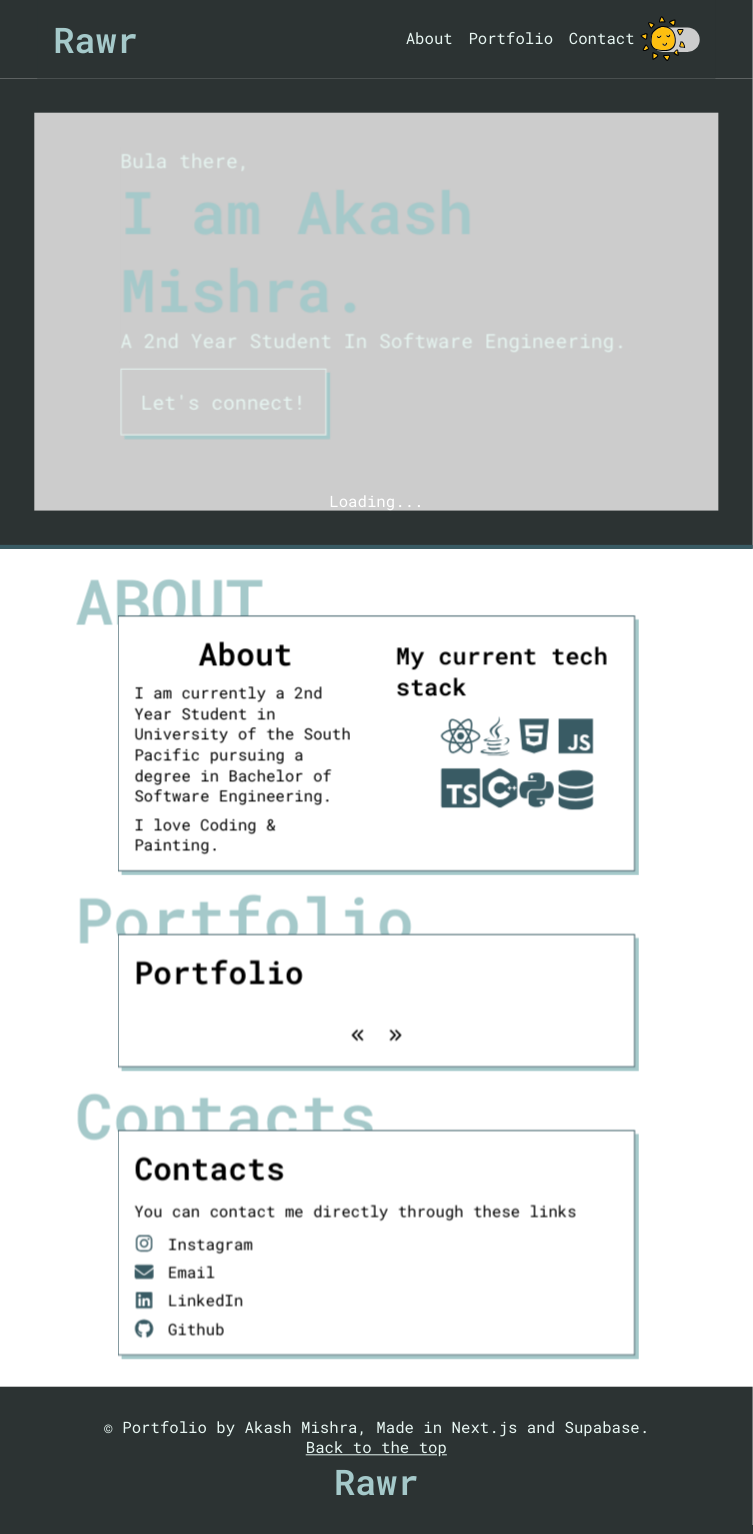
Repository: akashrawr/personal-portfolio
Page: /
An editor plug-in stored every save of this project. The page is shown before and after the next save, followed by the edit.
The browser window is 768 px wide. The pictures show the whole page, at 98% of full size.
The page's requests for data from a server got no answer. The project was rebuilt for these pictures with package versions that can differ from the ones it lists, and the page was loaded fresh each time. The framework's server and built-in components were replaced by stand-ins that run in the browser. No one was signed in, and anything a server would have sent is missing. Also part of the build but not shown: next.config.ts.

Above is the page before, as saved 2025-01-03 20:47:38.

### app/layout.tsx
import type { Metadata } from "next";
import { Geist, Geist_Mono } from "next/font/google";
import "./globals.css";

const geistSans = Geist({
  variable: "--font-geist-sans",
  subsets: ["latin"],
});

const geistMono = Geist_Mono({
  variable: "--font-geist-mono",
  subsets: ["latin"],
});

export const metadata: Metadata = {
  title: "akashrawr",
  description: "Personal Portfolio",
};

export default function RootLayout({
  children,
}: Readonly<{
  children: React.ReactNode;
}>) {
  return (
    <html lang="en" translate="no"> {/* Prevent translation of the entire page */}
      <head>
        <meta charSet="UTF-8" />
        <meta httpEquiv="Content-Language" content="en" /> {/* Explicitly set content language */}
        <meta name="google" content="notranslate" /> {/* Inform Google to not translate */}
        <link rel="icon" href="/rawr.ico" type="image/x-icon" />
        <title>akashrawr</title>
        <meta name="description" content="My Personal Portfolio" />
      </head>
      <body className={`${geistSans.variable} ${geistMono.variable} antialiased`}>
        <div className="notranslate">
          {children}
        </div>
      </body>
    </html>
  );
}

### app/page.tsx
"use client"; // Enables client-side functionality
import React, { useState, useEffect } from "react";
import AOS from "aos";
import "aos/dist/aos.css";
import "./globals.css"; // Import global styles

// Import components
import Header from "./components/Header";
import Hero from "./components/Hero";
import About from "./components/About";
import Portfolio from "./components/Portfolio";
import Contact from "./components/Contact";
import Footer from "./components/Footer";

const Page: React.FC = () => {
  useEffect(() => {
    AOS.init({ once: true, delay: 0 });
  }, []);

  const [isNavVisible, setIsNavVisible] = useState(false);
  const [darkMode, setDarkMode] = useState(false);

  const toggleNav = () => {
    setIsNavVisible(!isNavVisible);
  };

  const toggleDarkMode = () => {
    setDarkMode(!darkMode);
    document.body.classList.toggle("dark-mode", !darkMode);
  };

  return (
    <div>
      <Header
        isNavVisible={isNavVisible}
        toggleNav={toggleNav}
        darkMode={darkMode}
        toggleDarkMode={toggleDarkMode}
      />
      <main>
        <Hero />
        <About />
        <Portfolio />
        <Contact />
      </main>
      <Footer />
    </div>
  );
};

export default Page;

### app/globals.css
@import url("https://fonts.googleapis.com/css2?family=Roboto+Mono:wght@300;400;600&display=swap");

:root {
  --primary-color: #2c3333;
  --secondary-color: #395b64;
  --accent-1: #a5c9ca;
  --accent-2: #e7f6f2;
  --neutral-1: black;
  --neutral-2: white;
  --neutral-3: white;
  --neutral-4: black;
  --icon-1: #395b64;

  --dark-primary-color: #121212;
  --dark-secondary-color: #1f1f1f;
  --dark-accent-1: #6c757d;
  --dark-accent-2: #adb5bd;
  --dark-neutral-1: #ffffff;
  --dark-neutral-2: #121212;
  --dark-neutral-3:#1f1f1f;
  --dark-neutral-4: #938f8f;
  --dark-icon-1: #938f8f;

}

*,
*::after,
*::before {
  margin: 0;
  padding: 0;
  font-family: "Roboto Mono", monospace;
  box-sizing: border-box;


}

html {
  scroll-behavior: smooth;
}

body {
  overflow-x: hidden;
  background-color: var(--neutral-3);
  color: var(--neutral-1);
  font-family: "Roboto Mono", monospace;
}

body.dark-mode {
  --primary-color: var(--dark-primary-color);
  --secondary-color: var(--dark-secondary-color);
  --accent-1: var(--dark-accent-1);
  --accent-2: var(--dark-accent-2);
  --neutral-1: var(--dark-neutral-1);
  --neutral-2: var(--dark-neutral-2);
  --neutral-3: var(--dark-neutral-3);
  --neutral-4: var(--dark-neutral-4);
  --icon-1:var(--dark-icon-1);
}


/* Navbar styles */

header {
  display: flex;
  align-items: center;
  justify-content: center;

  max-width: 100vw;
  background-color: var(--primary-color);
}

a {
  font-size: 14px;
  text-decoration: none;
}

h1 {
  font-family: "Roboto Mono", monospace;
}

.navbar-nav {
  display: flex;
  align-items: center;
  justify-content: space-between;
  background-color: var(--primary-color);
  padding: 1rem;
  width: 90%;
}

.nav-logo {
  grid-column: 1;
}

.nav-logo > h1 {
  font-size: 30px;
  color: var(--accent-1);
}

.primary-nav {
  display: flex;
  list-style: none;
  gap: 16px;

  grid-column: 2;
  justify-self: end;
}

.mobile-nav-toggle {
  display: none;
  cursor: pointer;
}

.nav-link:link,
.nav-link:visited {
  font-size: 16px;
  color: var(--accent-2);

  transition: 300ms ease-in-out;
}

.nav-link:hover {
  font-weight: 600;
  color: var(--accent-1);
}

.user-icon {
  width: 24px;
  height: 24px;
  fill: var(--accent-1);
  transition: fill 0.3s ease;
}

.user-icon:hover {
  fill: var(--accent-1);
}

/* Dark mode toggle button */
.theme-toggle {
  background: none;
  border: none;
  cursor: pointer;
  padding: 8px;
  display: flex;
  align-items: center;
}

.nav-icons {
  --size: 30px;
  width: var(--size);
  aspect-ratio: 1;
  cursor: pointer;
}



@media only screen and (max-width: 35em) {
  .primary-nav {
    position: fixed;
    top: 0;
    right: 0;
    bottom: 0;
    width: 125px;

    flex-direction: column;
    padding: min(15vh, 3rem) 1rem;
    background-color: var(--primary-color);
    border-left: 2px solid rgb(111, 111, 111); /* Add this line for the left border */

    z-index: 9999;

    transform: translateX(100%);
    transition: transform 350ms ease-out;
  }


  .nav-link:link,
  .nav-link:visited {
    font-size: 15px;
    color: var(--accent-1);
  }

  .primary-nav[data-visible="true"] {
    transform: translateX(0%);
  }

  .mobile-nav-toggle[aria-expanded="true"] {
    background: url('data:[embedded picture, 416 characters]') center center no-repeat;
  }

  .mobile-nav-toggle {
    display: block;
    position: absolute;
    background: url('data:[embedded picture, 417 characters]') center center no-repeat;

    width: 1.25rem;
    aspect-ratio: 1;

    border: none;

    top: 1.4rem;
    right: 2.5rem;
    z-index: 10000;

    transition: 250ms ease-in-out;
  }
}

/* Section styles */

section {
  display: flex;
  align-items: center;
  justify-content: center;

  max-width: 100vw;
  position: relative;
}

/* HERO SECTION */
#hero {
  background-color: var(--primary-color);
  border-bottom: 4px solid var(--icon-1);
  padding: 2.2rem;
}

/* Main container for text and image */
.hero-main-container {
  display: flex;
  flex-wrap: wrap;
  align-items: center;
  justify-content: space-between;
  gap: 16px;
}

/* Text Container */
.hero-container {
  flex: 1;
  display: flex;
  flex-direction: column;
  gap: 16px;
  padding: 2.2rem;
  width: 90%;
  height: 350px;
  animation: fade-in 500ms linear forwards;
}

.hero-text-container > h2 {
  font-size: 28px;
  color: var(--accent-1);
}

.hero-text-container > p {
  font-size: 12px;
  color: var(--accent-2);
}

.hero-button {
  align-self: flex-start;

  font-size: 14px;
  padding: 1em;

  color: var(--accent-2);
  background-color: transparent;

  border: 1px solid var(--accent-2);
  box-shadow: 4px 4px 0px var(--accent-1);

  transition: 300ms ease-in-out;
}

.hero-button:hover {
  background-color: var(--accent-2);
  color: var(--primary-color);
  box-shadow: 6px 6px 0px var(--secondary-color);
}

/* Image Container */
.hero-img {
  flex: 1;
  display: flex;
  justify-content: center;
  align-items: center;
}

.hero-image {
  max-width: 50%;
  height: auto;
  border-radius: 10px;
  box-shadow: 0 4px 8px rgba(0, 0, 0, 0.1);
  border: 1px solid var(--secondary-color);
  background-color: var(--neutral-2);
  box-shadow: 4px 4px 0px var(--accent-1);
}

.hero-img p{
color:white;
}


/* Responsive Styles */
@media screen and (max-width: 768px) {
  .hero-main-container {
    flex-direction: column;
    background-color:#ccc;
    padding: 0;
    width: 100%;
    gap: 0;
    margin: 0 auto; /* Optional: Center the container */
  }
  .hero-img {
    margin-top: 20px;
  }
  .hero-container, .hero-image {
    max-width: 85%;
    height: auto;
  }
  .hero-text-container {
    text-align: left;
    background-color:#ccc;
    padding: 0;
    width: 100%;
    gap: 0;
    margin: 0 auto;
  }


}
.hero-text-container > h2 {
  font-size: 28px;
  color: var(--accent-1);
}
.hero-text-container > p {
  font-size: 12px;
}
.project-card > h3 {
  font-size: 12px;
  color: var(--secondary-color);
}

/* ABOUT */

#about {
  padding: 2rem;
  margin-top: 36px;
  animation: fade-in 500ms linear forwards;

}

.wave-asset {
  width: 100%;
  position: absolute;

  top: 0;
  left: 0;
}

.about-container {
  display: flex;
  align-items: center;
  justify-content: center;
  background-color: var(--neutral-2);
  width: 90%;
  z-index: 999;
}

.about-card,
.portfolio-card,
.contact-card {
  display: flex;
  flex-direction: column;
  gap: 16px;
  border: 1px solid var(--secondary-color);
  background-color: var(--neutral-2);

  width: 100%;
  padding: 1rem;

  box-shadow: 4px 4px 0px var(--accent-1);
}

.about-content,
.portfolio-content {
  width: 100%;
  display: flex;
  flex-direction: column;
  gap: 8px;
}

.about-content > h2,
.about-content > h3 {
  color: var(--neutral-4);
}

.about-content > p {
  font-size: 12px;
  color: var(--neutral-4);
}

.tech-stack-grid {
  width: 65%;
  display: grid;
  grid-template-columns: repeat(4, 1fr);
  place-items: center;
}

.tech-stack {
  --size: 30px;
  width: var(--size);
  aspect-ratio: 1;
}

/* Portfolio container */

#portfolio {
  padding: 2rem;
  animation: fade-in 500ms linear forwards;
}

.portfolio-container {
  width: 90%;
  z-index: 999;
}

.project-container {
  display: grid;
  grid-template-columns: repeat(2, 1fr);
  gap: 16px;
}

.portfolio-content > h2 {
  color: var(--neutral-4);
}

.project-card {
  display: flex;
  flex-direction: column;
  gap: 4px;

  padding: 1rem;
  border-radius: 8px;
  border: 1px solid var(--accent-1);
}

.project-card > h3 {
  color: var(--neutral-4);
}

.project-card > h5 {
  color: var(--neutral-4);
  opacity: 0.5;
}

.project-card > p {
  font-size: 12px;
  width: 100%;
  display: -webkit-box;
  -webkit-box-orient: vertical;
  -webkit-line-clamp: 3;
  overflow: hidden;
  color: var(--neutral-4);
}

.project-img {
  width: 100%;
  aspect-ratio: 16/9;
}

.project-card-links {
  align-self: flex-end;

  margin-top: 10px;
  display: flex;
  align-items: center;
  gap: 12px;
}

.project-icons {
  --size: 20px;
  width: var(--size);
  aspect-ratio: 1;
}

.project-card-links > a {
  display: flex;
  align-items: center;
  color: var(--neutral-4);
  font-size: 10px;
  gap: 4px;
}

.project-card-links > a:link,
.project-card-links > a:visited {

  color: var(--neutral-4);
}

.project-card-links > a:hover {
  font-weight: 600;
  color: var(--accent-1);
}

/* CONTACT */
#contact {
  padding: 2rem;
  animation: fade-in 500ms linear forwards;
}

.contact-container {
  width: 90%;
  z-index: 999;
}

.contact-card {
  width: 100%;
  gap: 12px;
}
.contact-card > h2 {
    color: var(--neutral-4);
}

.contact-card > p {
  font-size: 12px;
  color: var(--neutral-4);
}

.contact-links {
  display: flex;
  flex-direction: column;
  gap: 8px;
}

.contact-links > a {
  display: flex;
  align-items: center;
  gap: 8px;
}

.contact-links > a:link,
.contact-links > a:visited {
  color: var(--neutral-4);
}

.contact-links > a:hover {
  font-weight: 600;
  color: var(--accent-1);
}
.contact-icons {
  --size: 20px;
  width: var(--size);
  aspect-ratio: 1;
}

/* extras */
.section-highlight {
  font-size: 4rem;
  font-weight: 600;
  opacity: 0.5;
  color: var(--accent-1);

  position: absolute;
  top: 0;
  left: 100px;
}

/* footer */
footer {
  display: flex;
  align-items: center;
  justify-content: center;
  color: var(--accent-2);
  max-width: 100vw;
  background-color: var(--primary-color);
  min-height: 150px;
}

.footer-content {
  text-align: center;
  font-size: 12px;
  width: 90%;

  color: var(--accent-2);
}

.footer-content > p {
  text-decoration: underline;
}

.footer-content > a {
  text-decoration: underline;
}

.footer-content > a:link,
.footer-content > a:visited {
  color: var(--accent-2);
}

.footer-content > a:hover {
  color: var(--accent-1);
}
/* media queries */

@media only screen and (max-width: 35em) {
  .hero-container {
    padding: 1rem;
    height: 200px;
  }
  .project-container {
    grid-template-columns: 1fr;
  }
  .tech-stack-grid {
    width: 100%;
  }
  .section-highlight {
    font-size: 3.5rem;
    top: -16px;
    left: 6vw;
  }
}

@media only screen and (min-width: 35em) {
  .hero-container {
    height: 250px;
  }
  .about-container,
  .portfolio-container,
  .contact-container {
    width: 75%;
  }

  .about-card,
  .portfolio-card {
    align-items: center;
    justify-content: center;
    flex-direction: row;
    gap: 20px;
  }

  .section-highlight {
    top: -26px;
    left: 10vw;
  }
}

@media only screen and (min-width: 768px) {
  .nav-logo > h1 {
    font-size: 36px;
  }

  /* hero */
  .hero-container {
    height: 350px;
  }

  .hero-text-container > p {
    font-size: 20px;
  }

  .hero-text-container > h2 {
    font-size: 60px;
  }

  .hero-button {
    font-size: 20px;
  }

  /* about */
  .about-card {
    gap: 40px;
  }

  .about-content > h2 {
    font-size: 32px;
  }

  .about-content > h3 {
    font-size: 24px;
  }

  .about-content > p {
    font-size: 16px;
  }

  .tech-stack-section {
    align-self: flex-start;
    margin-top: 8px;
  }

  .tech-stack {
    --size: 40px;
    width: var(--size);
    aspect-ratio: 1;
  }

  /* portfolio */
  .portfolio-content > h2 {
    font-size: 32px;
  }

  .project-card > h3 {
    font-size: 24px;
  }

  .project-card > h5,
  .project-card > p {
    font-size: 16px;
  }

  .project-card-links > a {
    font-size: 16px;
  }

  /* contacts */
  .contact-card > h2 {
    font-size: 32px;
  }

  .contact-card > p {
    font-size: 16px;
  }

  .contact-links > a {
    font-size: 16px;
  }
  .footer-content,
  .footer-content > a {
    font-size: 16px;
  }
}

@media only screen and (min-width: 1024px) {
  .section-highlight {
    top: -26px;
    left: 10vw;
  }
}

@keyframes fade-in {
  0% {
    opacity: 0;
  }
  100% {
    opacity: 1;
  }
}

/* Adjust specific sections as needed for React-specific behaviors */
.primary-nav.visible {
  transform: translateX(0%);
}

/* The switch - the box around the slider */
.switch {
  position: relative;
  display: inline-block;
  width: 50px;
  height: 25px;
}

/* Hide default HTML checkbox */
.switch input {
  opacity: 0;
  width: 0;
  height: 0;
}

/* The slider */
.slider {
  position: absolute;
  cursor: pointer;
  top: 0;
  left: 0;
  right: 0;
  bottom: 0;
  background-color: #ccc;
  -webkit-transition: .4s;
  transition: .4s;
  border-radius: 25px; /* Rounded edges for the slider */
  display: flex;

  align-items: center;
}

/* Adjust the icon size to 48x48 pixels */
.slider .icon {
  position: absolute;
  width: 48px;
  height: 48px;
  transition: .4s;
}

/* When the input is checked (dark mode is on) */
input:checked + .slider {
  background-color: #3e4346; /* Change background color on check */
}

input:focus + .slider {
  box-shadow: 0 0 1px #2196F3;
}

/* Move the icons when the input is checked (dark mode) */
input:checked + .slider .icon {
  transform: translateX(20px); /* Move the icon to the right */
}

/* Default state (light mode) */
input:not(:checked) + .slider .icon {
  transform: translateX(-15px) translateY(-2px); /* Icon remains in the default position */
  width: 52px; /* Further reduced icon size for very small screens */
  height: 52px; /* Further reduced icon size for very small screens */
}

.about-icon {
  color: var(--icon-1); /* Change to any shade of blue you prefer */
  font-size: 3rem; /* Adjust size as needed */
  margin: 0.5rem;
}

.project-icons {
  margin-right: 0.5rem; /* Space between icon and text */
  font-size: 1.5rem; /* Adjust icon size */
  color: inherit; /* Match the color of the link */
}

.contact-icons {
  margin-right: 0.5rem; /* Space between icon and text */
  font-size: 1.5rem; /* Adjust icon size */
  color: var(--icon-1);
}

/* Responsive Adjustments */
@media (max-width: 768px) {
  .about-icon {
    font-size: 2.5rem; /* Slightly smaller on smaller devices */
    margin: 0.4rem;
  }

  .project-icons {
    font-size: 1.2rem; /* Smaller icon size on smaller screens */
    margin-right: 0.4rem;
  }

  .contact-icons {
    font-size: 1.2rem; /* Smaller icon size on smaller screens */
    margin-right: 0.4rem;
  }
}

@media (max-width: 480px) {
  .about-icon {
    font-size: 2rem; /* Even smaller on very small devices */
    margin: 0.3rem;
  }

  .project-icons {
    font-size: 1rem; /* Further reduced icon size for very small screens */
    margin-right: 0.3rem;
  }

  .contact-icons {
    font-size: 1rem; /* Further reduced icon size for very small screens */
    margin-right: 0.3rem;
  }
}

.pagination {
  display: flex;
  justify-content: center;
  align-items: center;
  margin-top: 1rem;
}

.pagination a {
  color: var(--neutral-4);
  padding: 8px 16px;
  text-decoration: none;
}

.pagination a.active {
  background-color: #395b64;
  color: white;
}

.pagination a:disabled {
  color: grey;
  pointer-events: none;
}

/* Responsive Adjustments */
@media (max-width: 768px) {
  .pagination a {
    padding: 6px 12px; /* Smaller padding for smaller screens */
    font-size: 0.9rem; /* Slightly smaller font size */
  }

  .pagination {
    margin-top: 0.75rem; /* Adjust margin top for smaller screens */
  }
}

@media (max-width: 480px) {
  .pagination a {
    padding: 4px 8px; /* Even smaller padding for very small screens */
    font-size: 0.8rem; /* Smaller font size for very small screens */
  }

  .pagination {
    margin-top: 0.5rem; /* Adjust margin top for very small screens */
  }
}

### app/components/Footer.tsx
import React from 'react';

const Footer: React.FC = () => {
  return (
    <footer>
      <div className="footer-content">
        © Portfolio by Akash Mishra, Made in Next.js and Supabase. <br />
        <a href="#hero">Back to the top</a>
        <div className="nav-logo">
          <h1>Rawr</h1>
        </div>
      </div>
    </footer>
  );
};

export default Footer;

### app/utils/supabaseClient.ts
import { createClient } from '@supabase/supabase-js';

// Fetch environment variables
const supabaseUrl = process.env.NEXT_PUBLIC_SUPABASE_URL || '';
const supabaseKey = process.env.NEXT_PUBLIC_SUPABASE_KEY || '';

// Initialize the Supabase client
const supabase = createClient(supabaseUrl, supabaseKey);

export default supabase;

Loaded but not shown: app/components/Header.tsx (89 lines, source omitted); app/components/Portfolio.tsx (139 lines, source omitted); app/components/About.tsx (59 lines, source omitted); app/components/Hero.tsx (60 lines, source omitted); app/components/Contact.tsx (44 lines, source omitted)

After the next save:
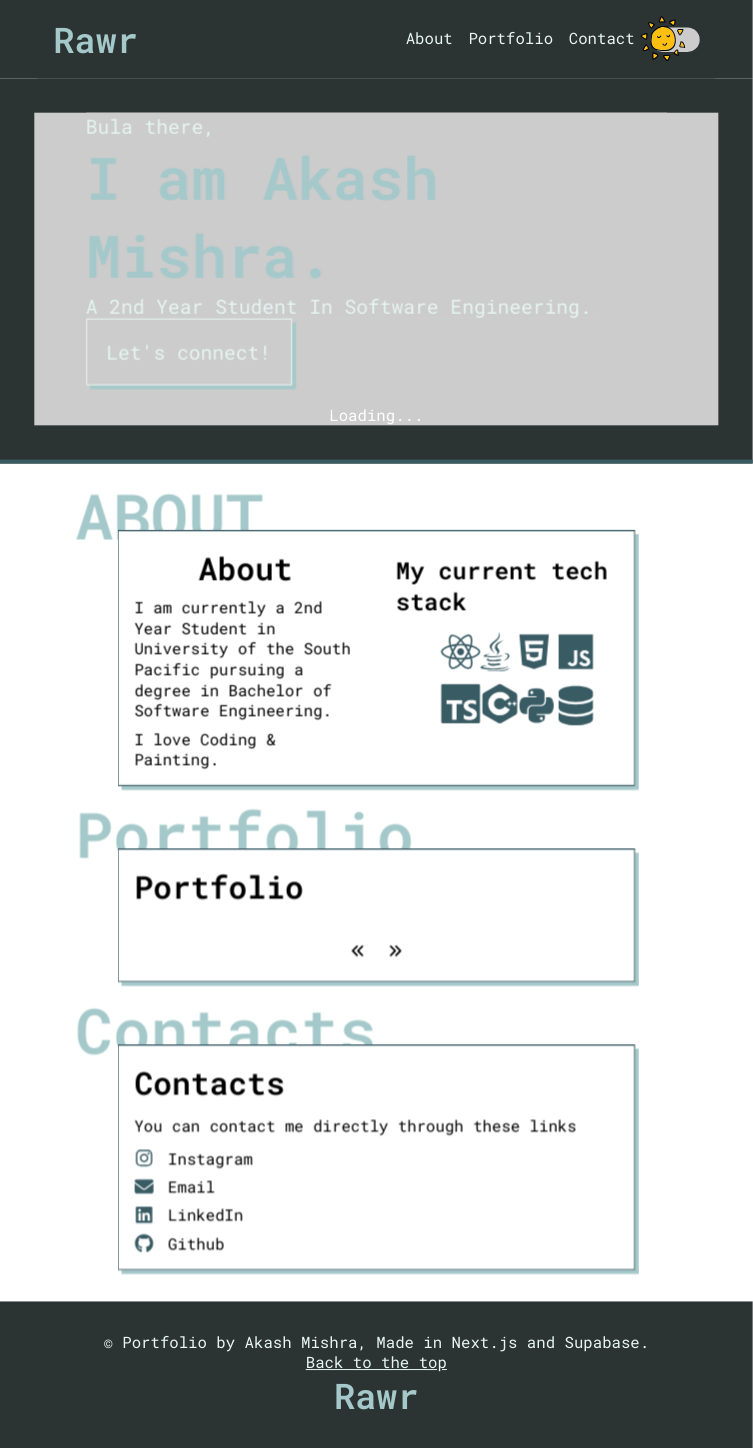
Saved 9 s later.
--- a/app/globals.css
+++ b/app/globals.css
@@ -314,6 +314,10 @@
   .hero-container, .hero-image {
     max-width: 85%;
     height: auto;
+    padding: 0;
+    width: 100%;
+    gap: 0;
+    margin: 0 auto;
   }
   .hero-text-container {
     text-align: left;

After the save that followed:
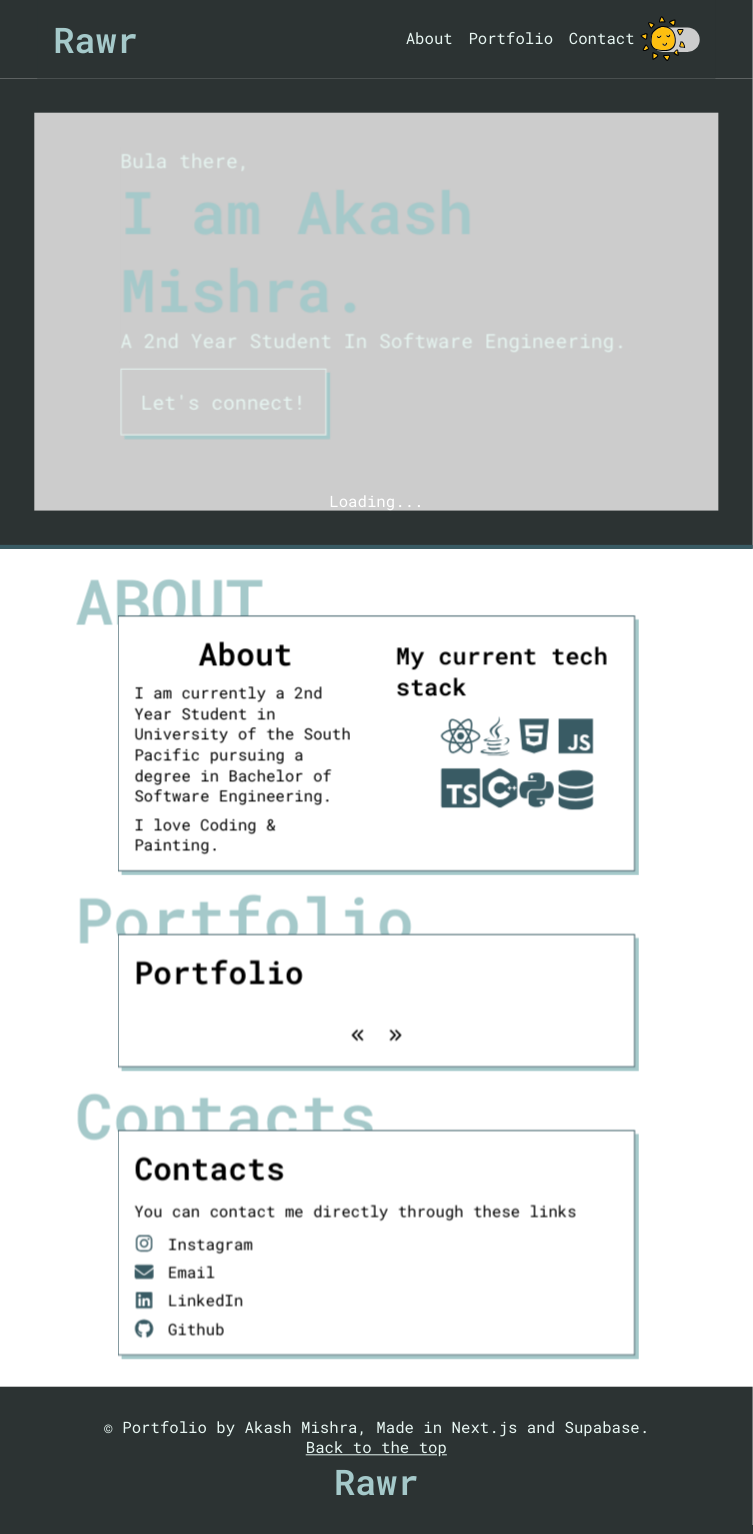
Saved 11 s later.
--- a/app/globals.css
+++ b/app/globals.css
@@ -314,10 +314,6 @@
   .hero-container, .hero-image {
     max-width: 85%;
     height: auto;
-    padding: 0;
-    width: 100%;
-    gap: 0;
-    margin: 0 auto;
   }
   .hero-text-container {
     text-align: left;
